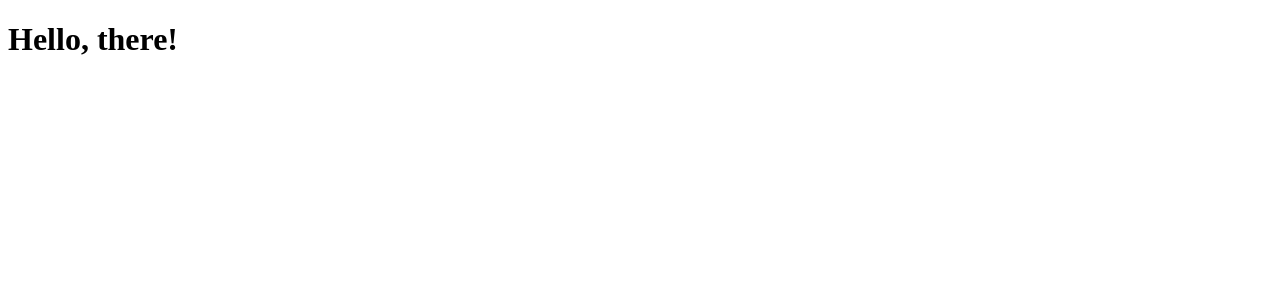
Repository: agarwaljayant7/JavaStuffs
Page: http://localhost/HotelBillingSystem/
An editor plug-in stored every save of this project. The page is shown before and after the next save, followed by the edit.
The browser window is 1280 px wide. The pictures show the whole page.
The page is served by Tomcat 9. Other server files are loaded and not shown.

Above is the page before, as saved 2019-12-24 11:05:47.

### BillingSystem/HotelBillingSystem/WebContent/index.jsp
<%@ page language="java" contentType="text/html; charset=UTF-8"
    pageEncoding="UTF-8"%>
<!DOCTYPE html>
<html>
<head>
<meta charset="UTF-8">
<title>Hello World</title>
</head>
<body>
<h1> Hello, there!</h1>
</body>
</html>

After the next save:
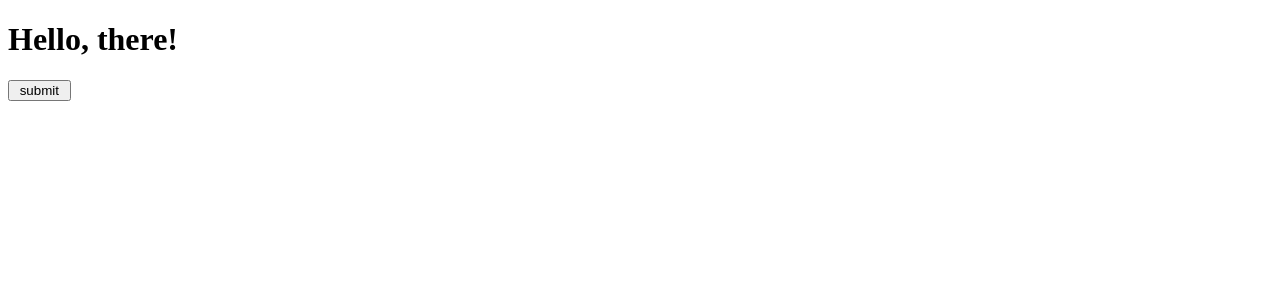
Saved 2 min 31 s later.
--- a/BillingSystem/HotelBillingSystem/WebContent/index.jsp
+++ b/BillingSystem/HotelBillingSystem/WebContent/index.jsp
@@ -8,5 +8,9 @@
 </head>
 <body>
 <h1> Hello, there!</h1>
+
+<form action="next.jsp">
+<input type = "submit" value = " submit ">
+</form>
 </body>
 </html>
